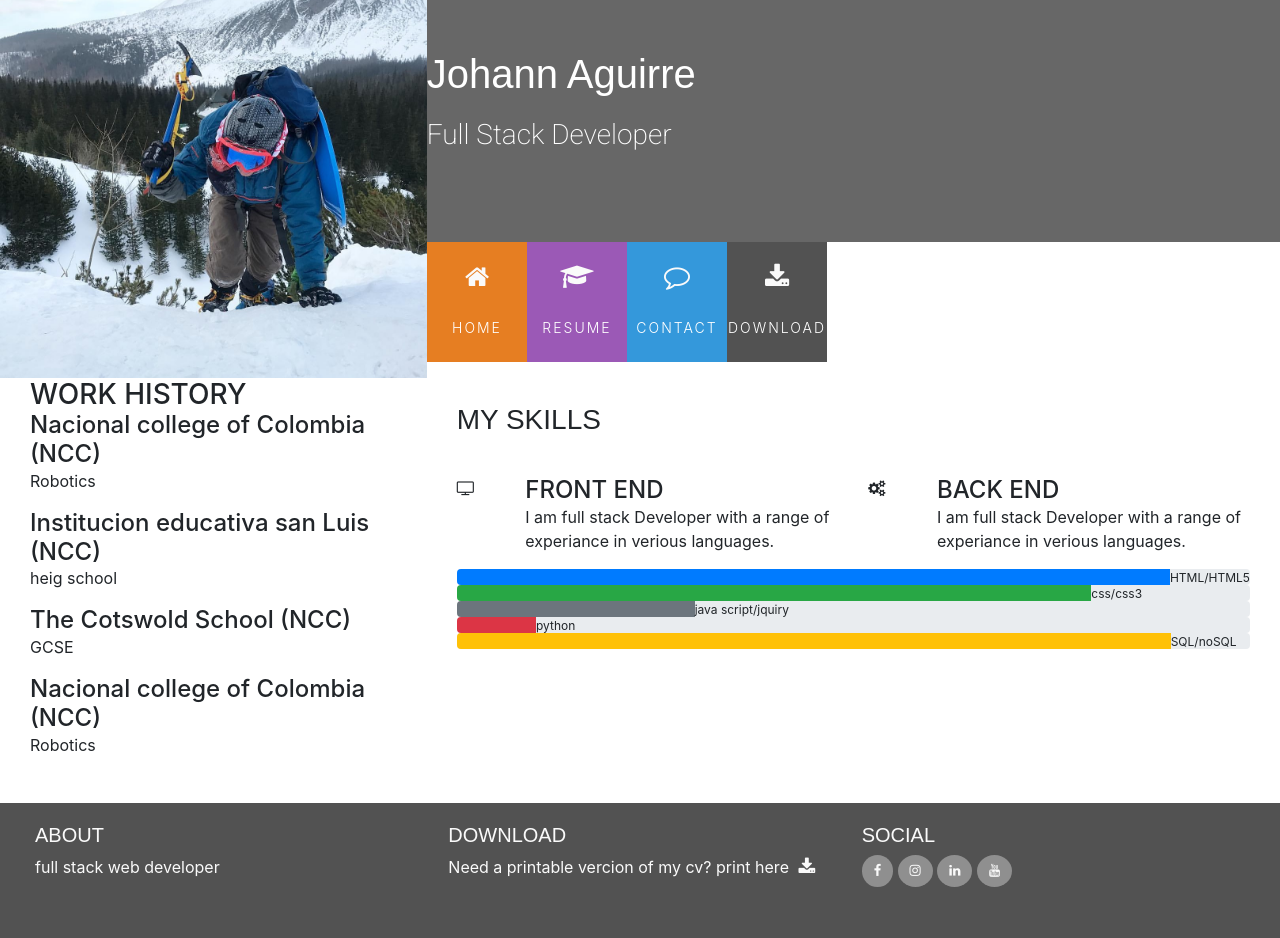
Repository: cachimiro/cv
Page: resume.html
The author's editor kept a record of every edit. The page is drawn from the files as they stood at one moment, then again after the next edit.
The browser window is 1280 px wide. The pictures show the whole page.
Some web fonts or font styles are not loaded; a fallback is used. Some web libraries are served in a nearby version.

Above is the page before.

### resume.html
<!DOCTYPE html>
<html lang="en">

<head>
    <meta charset="UTF-8">
    <meta name="viewport" content="width=device-width, initial-scale=1.0">
    <meta http-equiv="X-UA-Compatible" content="ie=edge">
    <link rel="stylesheet" href="https://stackpath.bootstrapcdn.com/bootstrap/4.2.1/css/bootstrap.min.css" type="text/css" />
    <link rel="stylesheet" href="https://stackpath.bootstrapcdn.com/font-awesome/4.7.0/css/font-awesome.min.css" type="text/css" />
    <link rel="stylesheet" href="https://cdnjs.cloudflare.com/ajax/libs/hover.css/2.3.1/css/hover-min.css" type="text/css" />
    <link rel="stylesheet" href="css/style.css" type="text/css" />
    <title>Johann Aguirre</title>
</head>

<body>
    <header>
        <div class="row no-gutters">
            <a href="index.html" class="col-md-4 logo">

            </a>
            <div class="col-md-8">
                <div class="row no-gutters">
                    <div class="col heading bg-color-name-title">
                        <h1 class="name">Johann Aguirre</h1>
                        <h2 class="title">Full Stack Developer</h2>

                    </div>
                </div>
                <div class="row no-gutters inline-block">
                    <div class="col"></div>
                    <ul id="nav" class="list-inline menucontainer">
                        <li class="col-6 col-sm-3 ui-menu-color-home list-inline-item menuitem">
                            <a href="#" class="hvr-sweep-to-bottom"><i class="fa fa-home " aria-hidden="true"></i><span>Home</span></a>
                        </li>
                        <li class="col-6 col-sm-3 ui-menu-color-resume list-inline-item menuitem">
                            <a href="#" class="hvr-sweep-to-bottom"><i class="fa fa-graduation-cap"aria-hidden="true"></i> <span>Resume</span></a>
                        </li>
                        <li class="col-6 col-sm-3 ui-menu-color-contact list-inline-item menuitem">
                            <a href="#" class="hvr-sweep-to-bottom"><i class="fa fa-comment-o" aria-hidden="true"></i><span>Contact</span></a>
                        </li>
                        <li class="col-6 col-sm-3 ui-menu-color-download list-inline-item menuitem">
                            <a href="#" class="hvr-sweep-to-bottom"><i class="fa fa-download" aria-hidden="true"></i><span>Download</span></a>
                        </li>

                        </li>
                    </ul>

                </div>

            </div>
        </div>
    </header>
    <section class="container-fluid">
        <div class="row">
            <div class="col-md-4 bg-color-work-history section-column">
                <div class="row">
                    <div class="col-12">
                        <h3 class="history-heading uppercase">work History</h3>
                    </div>
                </div>
                <div class="timeline-item" data-dates="02/1999-04/2004">
                    <h4>Nacional college of Colombia (NCC)</h4>
                    <p>Robotics</p>
                </div>
                <div class="timeline-item" data-dates="08/2004-04/2008">
                    <h4>Institucion educativa san Luis (NCC)</h4>
                    <p>heig school</p>
                </div>
                <div class="timeline-item" data-dates="04/2008-04/2009">
                    <h4>The Cotswold School (NCC)</h4>
                    <p>GCSE</p>
                </div>
                <div class="timeline-item" data-dates="04/2009-04/2015">
                    <h4>Nacional college of Colombia (NCC)</h4>
                    <p>Robotics</p>
                </div>
            </div>
            <div class="col-md-8 bg-color-three-reasons section-column">
                <div class="row">
                    <div class="col">
                        <h3 class="section-heading uppercase">My skills</h3>
                    </div>
                </div>
                <div class="row">
                    <div class="col-10 offset-1 offset-sm-0 col-sm-4 col-md-6">
                        <div class="row">
                            <div class="col-2">
                                <i class="three-reasons-icon fa fa-tv" aria-hidden="true"></i>
                            </div>
                            <div class="col-10">
                                <h4 class="three-reasons-heading uppercase">Front End</h4>
                                <p>I am full stack Developer with a range of experiance in verious languages.</p>
                            </div>
                        </div>
                    </div>
                    <div class="col-10 offset-1 offset-sm-0 col-sm-4 col-md-6">
                        <div class="row">
                            <div class="col-2">
                                <i class="three-reasons-icon fa fa-gears" aria-hidden="true"></i>
                            </div>
                            <div class="col-10">
                                <h4 class="three-reasons-heading uppercase">Back End</h4>
                                <p>I am full stack Developer with a range of experiance in verious languages.</p>
                            </div>
                        </div>
                    </div>


                </div>
                <div class="row progress-section">
                    <div class="col">
                        <div class="progress">
                            <div class="progress-bar" role="progressbar" aria-valuenow="90" aria-valuemin="0" aria-valuemax="100" style="width:90%;">
                                <span class="sr-only">90% complete</span>
                            </div>
                            <span class="progress-type">HTML/HTML5</span>
                        </div>
                        <div class="progress">
                            <div class="progress-bar bg-success" role="progressbar" aria-valuenow="70" aria-valuemin="0" aria-valuemax="100" style="width:80%;">
                                <span class="sr-only">70% complete</span>
                            </div>
                            <span class="progress-type">css/css3</span>
                        </div>

                        <div class="progress">
                            <div class="progress-bar bg-secondary" role="progressbar" aria-valuenow="50" aria-valuemin="0" aria-valuemax="100" style="width:30%;">
                                <span class="sr-only">10% complete</span>
                            </div>
                            <span class="progress-type">java script/jquiry</span>
                        </div>
                        <div class="progress">
                            <div class="progress-bar bg-danger" role="progressbar " aria-valuenow="30" aria-valuemin="0" aria-valuemax="100" style="width:10%;">
                                <span class="sr-only">8% complete</span>
                            </div>
                            <span class="progress-type">python</span>
                        </div>
                        <div class="progress">
                            <div class="progress-bar bg-warning" role="progressbar" aria-valuenow="90" aria-valuemin="0" aria-valuemax="100" style="width:90%;">
                                <span class="sr-only">90% complete</span>
                            </div>
                            <span class="progress-type">SQL/noSQL</span>
                        </div>
                    </div>
                </div>

            </div>
        </div>


    </section>
    <footer class="container-fluid">
        <div id="footer-detail" class="row">
            <div class="col-sm-4">
                <h5 class="uppercase general-sub">About</h5>
                <p class="inline-block">full stack web developer</p>
            </div>
            <div class="col-sm-4">
                <h5 class="uppercase general-sub">Download</h5>
                <p class="inline-block"> Need a printable vercion of my cv? print here
                    <a href="#" target="_blank" class="cv-pdf">
                <i class="fa fa-download" aria-hidden="true"></i>
                <span class="sr-only">Download link</span>
                </a>
                </p>
            </div>
            <div class="col-sm-4">
                <h5 class="uppercase general-sub">Social</h5>
                <ul class="list-inline social-links">
                    <li class="list-inline-item">
                        <a target="_blank" href="#">
                            <i class="fa fa-facebook" aria-hidden="true"></i>
                            <span class="sr-only">Facebook</span>
                        </a>
                    </li>
                    <li class="list-inline-item">
                        <a target="_blank" href="#">
                            <i class="fa fa-instagram" aria-hidden="true"></i>
                            <span class="sr-only">Instagram</span>
                        </a>
                    </li>
                    <li class="list-inline-item">
                        <a target="_blank" href="#">
                            <i class="fa fa-linkedin" aria-hidden="true"></i>
                            <span class="sr-only">Linkedin</span>
                        </a>
                    </li>
                    <li class="list-inline-item">
                        <a target="_blank" href="#">
                            <i class="fa fa-youtube" aria-hidden="true"></i>
                            <span class="sr-only">Youtube</span>
                        </a>
                    </li>
                </ul>

            </div>
        </div>


    </footer>

</body>

</html>

### css/style.css
@import url('https://fonts.googleapis.com/css?family=Roboto:100,200,300,400,500,600,700 | Exo 100,200,300,400,500,600,700');

/*--- colors*/

.bg-color-name-title {
    background-color: #676767;
}
.bg-color-three-reasons{
    background-color: #ffffff;
}

.ui-menu-color-home {
    background-color: #e67e22;


}

.ui-menu-color-resume {
    background-color: #9b59b6;

}

.ui-menu-color-contact {
    background-color: #3498db;

}

.ui-menu-color-download {
    background-color: #525252;
}

/*---- special paddings margins and text--*/

h1,
h2,
h3,
h4{
    margin: 0;

}
.uppercase{
    text-transform: uppercase;
}
.general-sub{
    font-family: "Exo", sans-serif;
    font-weight: 300;
    color: #fafafa;

}
.inline-block{
    display: inline-block;

}
.row-table{
    display: table;
}
.section-column{
    display: table-cell;
    padding: 0 30px 30px;
    float: none;
}

.section-heading{
    font-family: "Exo", sans-serif;
    font-weight: 300;
    margin-top: 25px;
    margin-bottom: 40px;
}


/*------- headings*/

header {
    margin: 0;
}

.logo {
    background: url("../images/johann.jpg");
    background-position: center;
    background-repeat: no-repeat;
    background-size: cover;
    min-height: 360px;
    transition: all .5s ease-in-out;
    -moz-transition: all .5s ease-in-out;
    -webkit-transition: all .5s ease-in-out;
}

.name {
    font-family: "exo", sans-serif;
    font-weight: 100;
    font-size: 40px;
    margin-top: 50px;
    color: #ffffff;
}

.title {
    font-family: "roboto", sans-serif;
    font-weight: 200;
    font-size: 28px;
    margin-top: 20px;
    margin-bottom: 90px;
    color: #ffffff;
}

.list-inline-item:not(:last-child) {
    margin: 0;
}

.menucontainer {
    font-size: 0;
}

.list-inline-item:not(:last-child) {
    margin: 0;
}

.menucontainer {
    font-size: 0;
}

#nav li {
    font-size: 14px;
    padding: 0;

}

.menuitem {
    height: 120px;
    text-align: center;
    padding: 0;
}

.menuitem a {
    width: 100px;
    text-decoration: 0;
    color: #fff;
    height: 120px;
}

.menuitem a i {
    padding: 22px;
    display: block;
    color: #fafafa;
    font-size: 26px;
}

.menuitem span {
    display: block;
    width: 100%;
    padding-top: 5px;
    text-align: center;
    text-transform: uppercase;
    font-size: 14px;
    font-weight: 300;
    letter-spacing: 2px;

}

/*-- hover.css*/

.hvr-sweep-to-bottom:before {
    background: rgb(0, 0, 0, 0.2);
    height: 120px;

}
/*--- footer*/
footer {
    background-color: #525252;
    color: #fafafa;
    min-height: 120px;
    margin: 0;
}
.cv-pdf i {
    font-size: 18px;
    color: #fafafa;
    text-align: center;
    padding-left: 5px;
    transition:all 0.35s ease-in-out;
    -moz-transition:all 0.35s ease-in-out;
    -webkit-transition:all 0.35s ease-in-out;
    -o-transition:all 0.35s ease-in-out;
}
.cv-pdf i:hover{
    color: #e84610
}
.social-links{
    padding-bottom: 15px;
}
.social-links li a i{
    widows: 32px;
    height: 32px;
    padding: 12px;
    border-radius: 50%;
    font-size: 13px;
    line-height: 7px;
    text-align: center;
    color: #fafafa;
    background: #8f8f8f;
     transition:all 0.35s ease-in-out;
    -moz-transition:all 0.35s ease-in-out;
    -webkit-transition:all 0.35s ease-in-out;
    -o-transition:all 0.35s ease-in-out;
}
.social-links li a i:hover{
    background:#e84610;

}
#footer-detail{
    padding: 20px;
}

After the next edit:
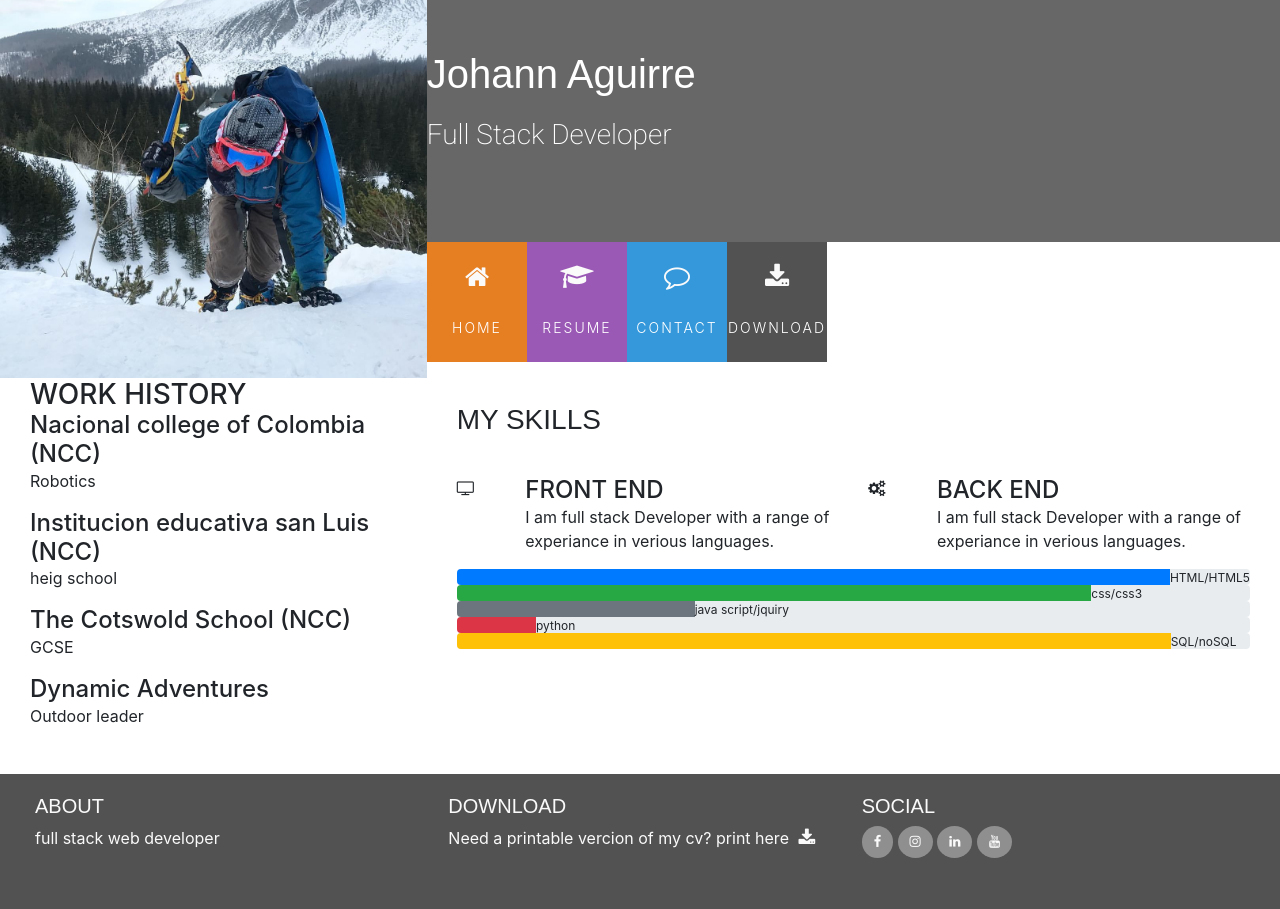
The edit:
--- a/resume.html
+++ b/resume.html
@@ -71,8 +71,8 @@
                     <p>GCSE</p>
                 </div>
                 <div class="timeline-item" data-dates="04/2009-04/2015">
-                    <h4>Nacional college of Colombia (NCC)</h4>
-                    <p>Robotics</p>
+                    <h4>Dynamic Adventures</h4>
+                    <p>Outdoor leader</p>
                 </div>
             </div>
             <div class="col-md-8 bg-color-three-reasons section-column">
